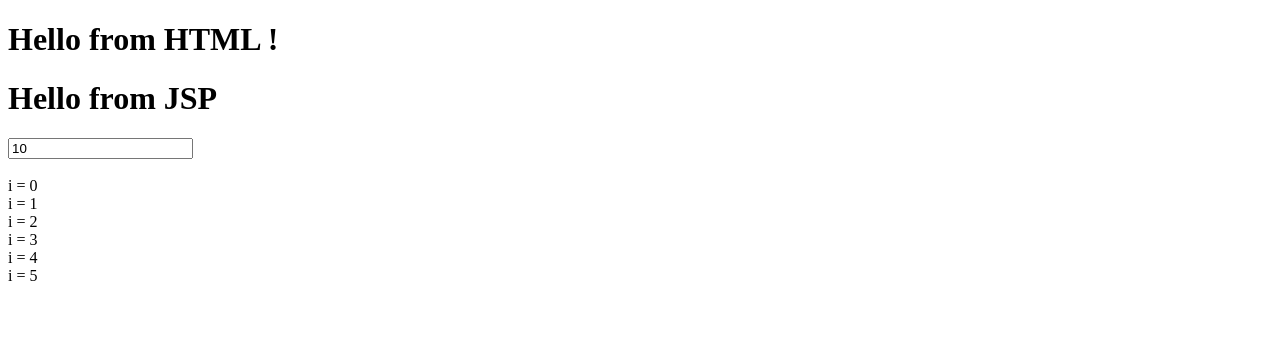
Repository: StarCoder09/JavaWorkspace
Page: http://localhost/JSP_demo/
These files come from the project's save history. The page is drawn as it stood at one moment and after the next save; the edit follows.
The browser window is 1280 px wide. The pictures show the whole page.
The page is served by Tomcat 9.

Above is the page before, as saved 2021-06-30 11:19:18.

After the next save:
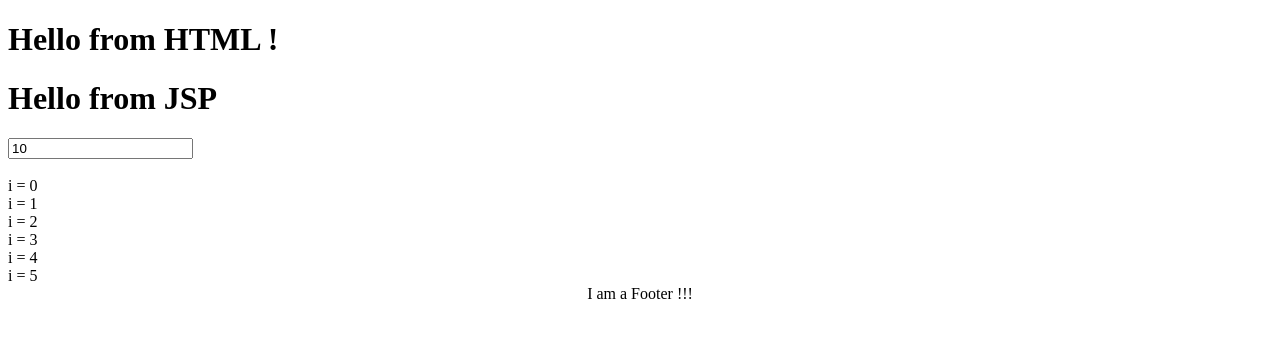
Saved 78 s later.
--- a/JSP_demo/src/main/webapp/index.jsp
+++ b/JSP_demo/src/main/webapp/index.jsp
@@ -20,5 +20,7 @@
 				out.print("i = " + i + "<br/>");
 			}
 		%>
+
+		<%@include file="footer.html" %>
 	</body>
 </html>
